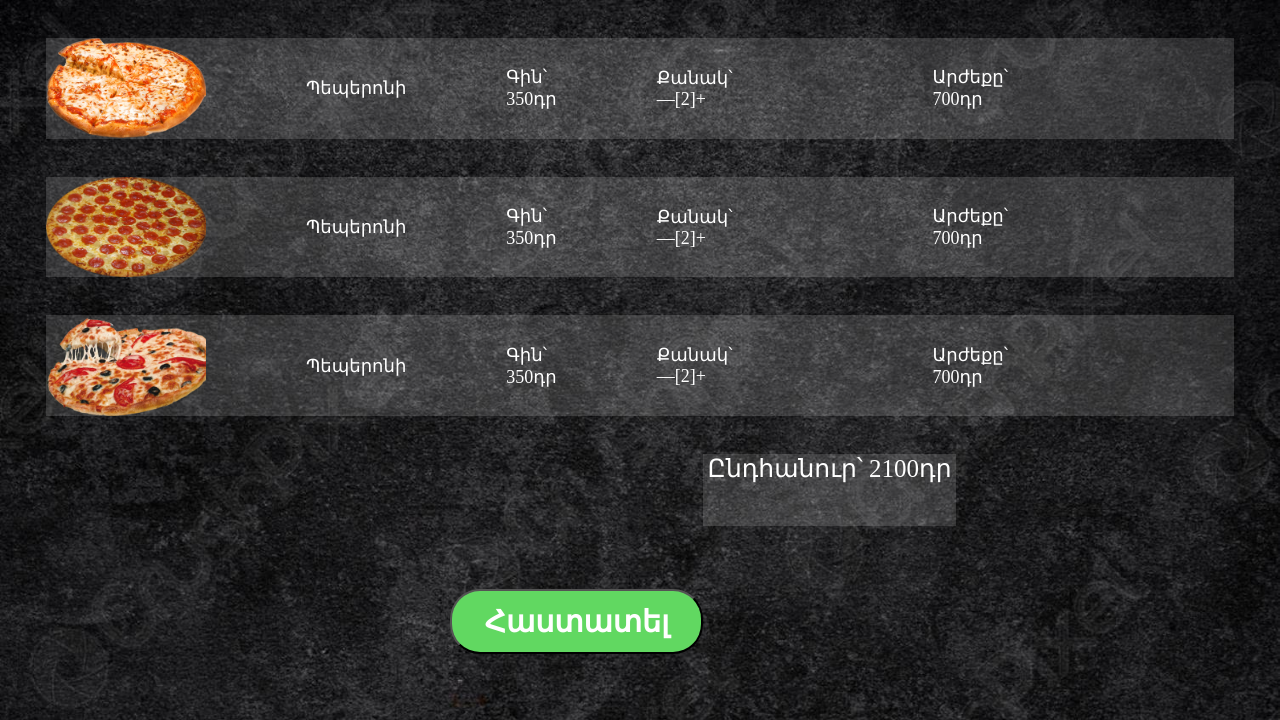
Repository: NarekTovmasyan/PizzaManue
Page: public/basket.html
An editor plug-in stored every save of this project. The page is shown before and after the next save, followed by the edit.
The browser window is 1280 px wide. The pictures show the whole page.

Above is the page before, as saved 2022-01-20 15:18:30.

After the next save:
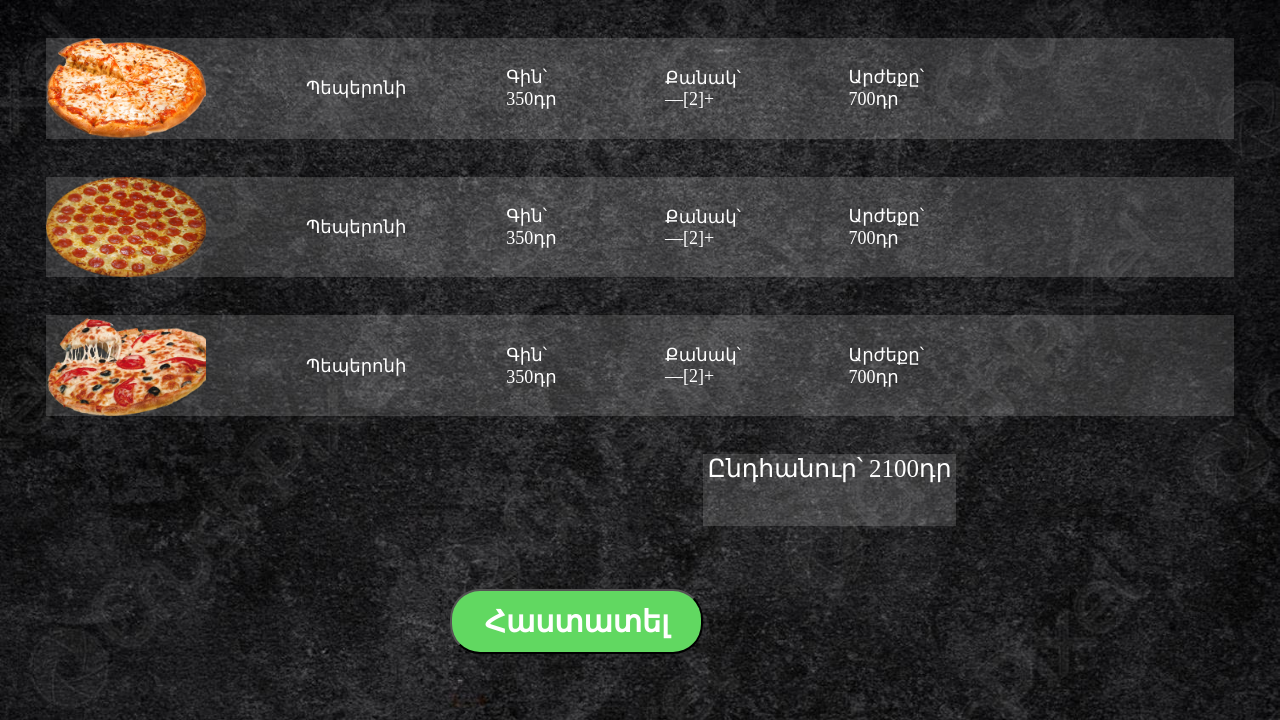
Saved 30 s later.
--- a/public/basket.css
+++ b/public/basket.css
@@ -22,7 +22,7 @@ body {
   font-size: 18px;
 }
  .value{
-    margin-left: 100px;
+    margin-left: 10%;
  }
 .sum{
     background-color: rgba(255, 255, 255, 0.144) ;
